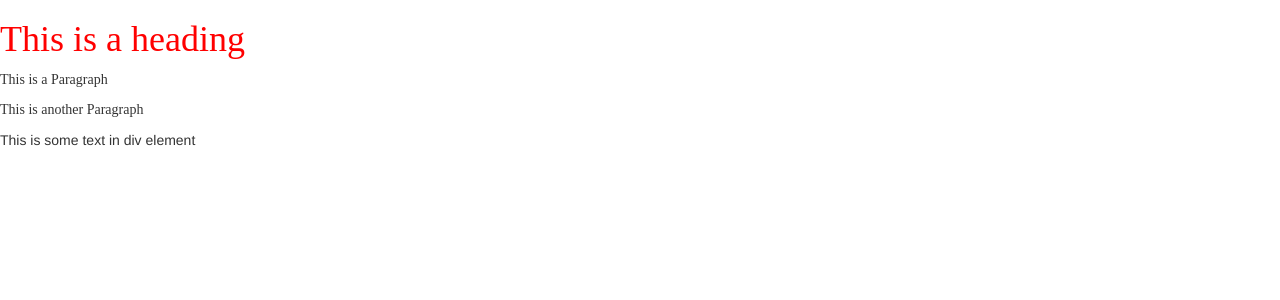
Repository: vaibhavkri/Trendnxt-Projects
Page: bootstrap/Bootstrap– L3 Assignment/Topic 5 CSS Pseudo-classes/Assignment2.html
These files come from the project's save history. The page is drawn as it stood at one moment and after the next save; the edit follows.
The browser window is 1280 px wide. The pictures show the whole page.

Above is the page before, as saved 2018-10-23 14:10:44.

After the next save:
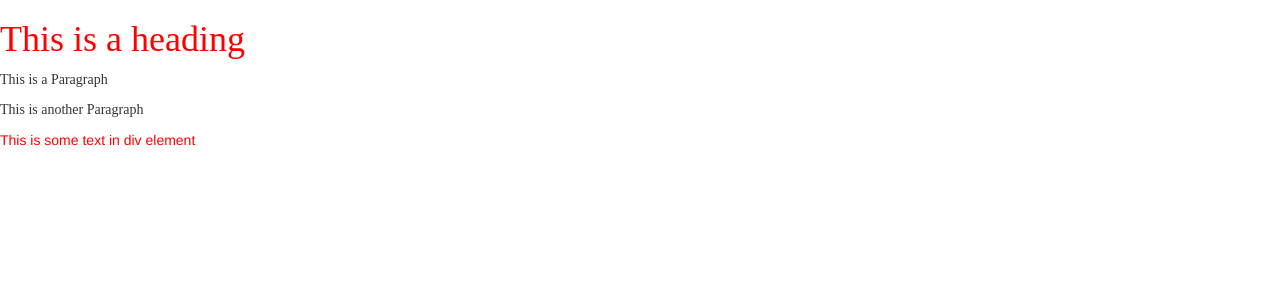
Saved 97 s later.
--- a/bootstrap/Bootstrap– L3 Assignment/Topic 5 CSS Pseudo-classes/Assignment2.html
+++ b/bootstrap/Bootstrap– L3 Assignment/Topic 5 CSS Pseudo-classes/Assignment2.html
@@ -18,6 +18,10 @@
         p::first-line {
             font-family: 'Times New Roman', Times, serif;
         }
+
+        div::first-line {
+            color: red;
+        }
     </style>
 </head>
 
